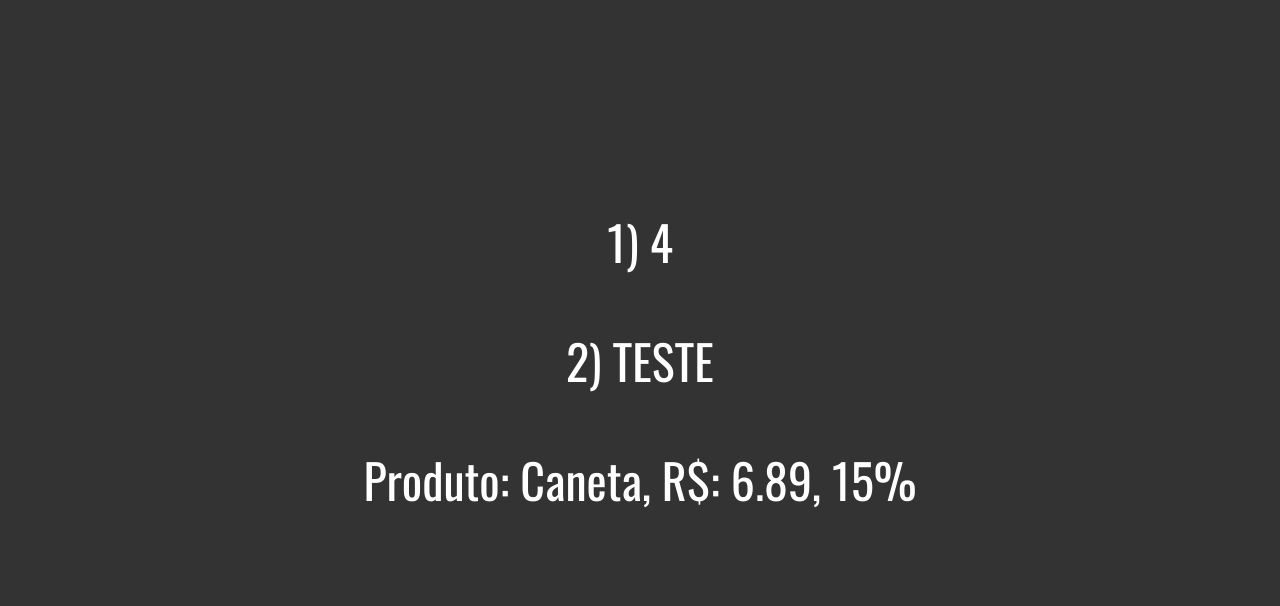
Repository: WillianPer/VUE
Page: exercicios/basico.html
An editor plug-in stored every save of this project. The page is shown before and after the next save, followed by the edit.
The browser window is 1280 px wide. The pictures show the whole page.

Above is the page before, as saved 2022-08-11 20:42:35.

After the next save:
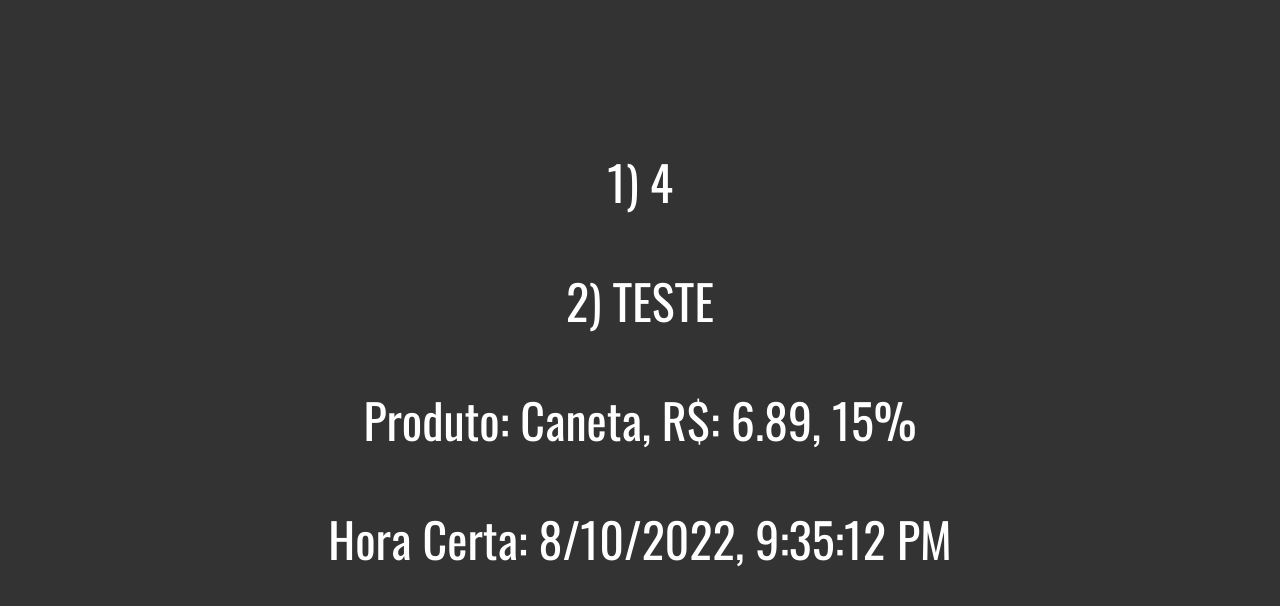
Saved 4 min 11 s later.
--- a/exercicios/basico.html
+++ b/exercicios/basico.html
@@ -13,6 +13,7 @@
         <p>2) {{ 'Teste'.toUpperCase() }}</p>
         <p>Produto: {{nome}}, R$: {{preco}}, {{desconto * 100}}%</p>
         <!-- <p>3) {{ {nome, preco, desconto} }}</p> -->
+        <p>Hora Certa: {{horaCerta()}}</p>
     </div>
 
     <script>
@@ -22,6 +23,11 @@
                 nome: 'Caneta',
                 preco: 6.89,
                 desconto: 0.15
+            },
+            methods: {
+                horaCerta() {
+                    return new Date().toLocaleString()
+                }
             }
         })
     </script>
